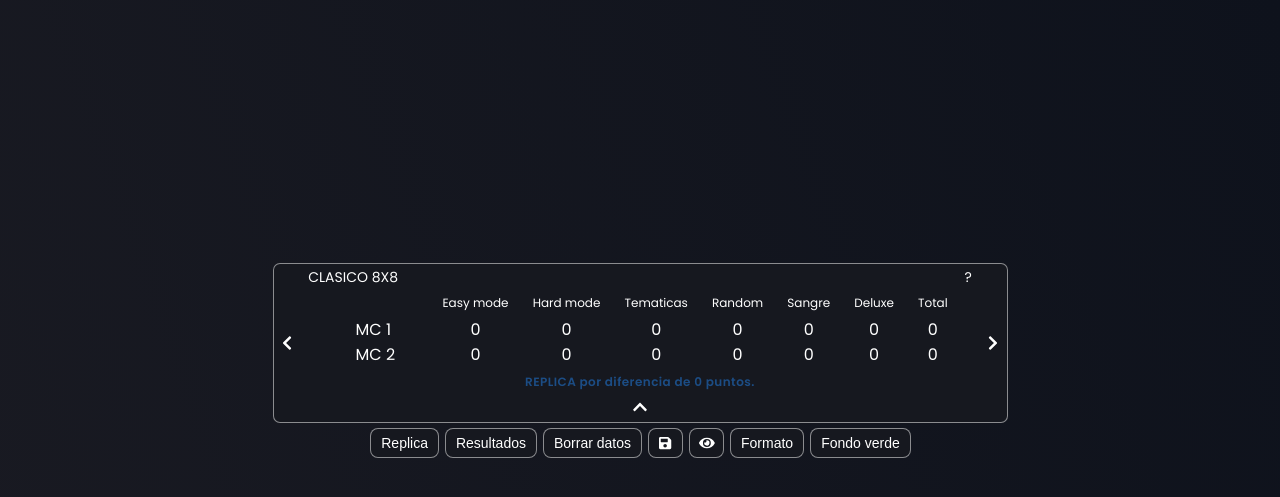
Repository: ezegonzalez912/fmsvotacion2
Page: /vote-window
An editor plug-in stored every save of this project. The page is shown before and after the next save, followed by the edit.
The browser window is 1280 px wide. The pictures show the whole page.
The page's requests for data from a server got no answer. The project was rebuilt for these pictures with package versions that can differ from the ones it lists, and the page was loaded fresh each time. No one was signed in, and anything a server would have sent is missing. Also part of the build but not shown: src/components/NavBar.js, src/components/Curve.js, src/components/screens/AboutScreen.js, src/components/Error.js, src/components/Apoya.js, src/components/screens/MainScreen.js, src/helpers/palabras.js, src/hooks/useWords.js and 24 more.

Above is the page before, as saved 2021-08-17 19:46:11.

### public/index.html
<!DOCTYPE html>
<html lang="en">
  <head>
    <meta charset="utf-8" />
    <link rel="icon" href="%PUBLIC_URL%/favicon.ico" />
    <meta name="viewport" content="width=device-width, initial-scale=1" />
    <meta name="theme-color" content="#000000" />
    <meta
      name="description"
      content="Vota batallas con formato FMS desde un solo lugar, de manera sencilla, sin la necesesidad de descargar nada.
              COMO VOTAR FMS ARGENTINA CHILE PERU MEXICO COLOMBIA INTERNACIONAL ESPAÑA BNET DESCARGAR COMO VOTAR FMS ONLINE WOS FINAL FMS INTERNACIONAL RED BULL DECIMALES
              2021 2018 FORMATO FMS"
    />
    <link rel="apple-touch-icon" href="%PUBLIC_URL%/logo192.png" />
    <!--
      manifest.json provides metadata used when your web app is installed on a
      user's mobile device or desktop. See https://developers.google.com/web/fundamentals/web-app-manifest/
    -->
    <link rel="manifest" href="%PUBLIC_URL%/manifest.json" />
    <link rel="preconnect" href="https://fonts.googleapis.com">
    <link rel="preconnect" href="https://fonts.gstatic.com" crossorigin>
    <link rel="stylesheet" href="https://cdnjs.cloudflare.com/ajax/libs/animate.css/4.1.1/animate.min.css" />
    <link href="https://fonts.googleapis.com/css2?family=Poppins:wght@100;200;300;400;500;600&display=swap" rel="stylesheet">
    <title>FMS Votación</title>
  </head>
  <body>
    <noscript>You need to enable JavaScript to run this app.</noscript>
    <div id="root"></div>
    <!--
      This HTML file is a template.
      If you open it directly in the browser, you will see an empty page.

      You can add webfonts, meta tags, or analytics to this file.
      The build step will place the bundled scripts into the <body> tag.

      To begin the development, run `npm start` or `yarn start`.
      To create a production bundle, use `npm run build` or `yarn build`.
    -->
  </body>
</html>

### src/styles/app.scss
@forward "./settings/main";
@forward "./components/menu";
@forward "./components/mode";
@forward  "./components/subtitles-mode";
@forward "./components/modal";
@forward "./components/navbar";
@forward "./components/screens";
@forward "./components/videoAndVote";
@forward "./components/searchVideo";
@forward "./components/error";
@forward "./components/votedSaveds";
@forward "./components/about";
@forward "./components/apoya";
@forward "./components/practice";
@forward "./settings/settings";

### src/styles/settings/_main.scss
@use "../settings/colors" as c;

body, html{
    background: c.$gradient-primary;
    margin: 0;
    height: auto;
    width: auto;
    box-sizing: border-box;
    font-family: 'Poppins', sans-serif;
}

*{
    margin: 0;
    padding: 0;
    box-sizing: border-box;
}

*::-webkit-scrollbar {
    width: 8px;     /* Tamaño del scroll en vertical */
    height: 8px;    /* Tamaño del scroll en horizontal */
}

*::-webkit-scrollbar-thumb {
    background: rgba(43, 42, 42, 0.267);
    border-radius: 4px;
    box-shadow: 0px 0px 6px rgba(0, 0, 0, 0.315);
}

*::-webkit-scrollbar-track {
    background: c.$dark-primary;
    box-shadow: 0px 0px 6px rgba(0, 0, 0, 0.158);
}

*{
    scroll-behavior: smooth;
}

@media (max-width:280px){
    body, html{
        background: c.$dark-primary;
    }
}

### src/styles/settings/_colors.scss
$primary: #1c4d85;
$secundary: #244463;
// $dark-primary: #1a1a1b;
// $dark-secundary: #242425;
$border: rgba(255, 255, 255, 0.5);
//$gradient-primary: linear-gradient(250.3deg, rgb(24, 24, 24), #242425);
$gradient-primary: linear-gradient(250.3deg, #0E121C, #191A22);
$dark-primary: #16181f;
$dark-secundary: #1d1f25;

### src/styles/settings/_mixins.scss
@use "../settings/colors" as c;

@mixin center($direction) {
    align-items: center;
    display: flex;
    flex-direction: $direction;
    justify-content: center;
}

@mixin input {
    border-style: none;
    outline: none;
    color: white;
    border-radius: 8px;
    font-size: 18px;
    font-weight: 600;
    text-align: center;
    width: 27px;
    height: 27px;
}

@mixin inputNormal {
    border-style: none;
    outline: none;
    cursor: pointer;
    border-radius: 8px;
    font-size: 14px;
    transition: .2s;
}

### src/styles/components/_mode.scss
@use "../settings/colors" as c;
@use "../settings/mixins" as m;

.mode__main{
    display: flex;
    justify-content: space-evenly;
    align-items: center;
    width: 100%;
    height: auto;
    box-sizing: border-box;
    p{
        width: 12%;
        margin: 0;
    }
}

.mode__name{
    @include m.inputNormal;
    cursor: text;
    padding: 3px 0;
    text-align: center;
    background-color: c.$dark-secundary;
    border: 1px solid c.$border;
    color: white;
    width: 17%;
    margin: 0;
    &:focus{
        border: 1px solid c.$primary;
    }
}

.mode__input{
    @include m.input;
    margin: 0 3px;
    background-color: c.$dark-secundary;
}

.mode__input2{
    @include m.input;
    margin: 0 3px 0 10px;
    background-color: c.$dark-secundary;
}

.mode__inputRes{
    @include m.center(column);
}

.mode__checkbox{
    height: 15px;
    margin: 3px 0 0 0;
    color: red;
}

.mode__total{
    @include m.input;
    background-color: c.$dark-secundary;
    color: white;
    margin-left: 10px;
    font-size: 13px;
    width: 35px;
}

.mode__res{
    @include m.center(row)
}

.mode__resultado{
    @include m.center(row);
    justify-content: space-evenly;
    width: 100%;
    p{
        margin: 0 0 5px 0;
    }
    div {
        @include m.center(column);
    }
}

.mode__resultado-subtitle{
    margin: 0;
    color: c.$primary;
    font-weight: 600;
    letter-spacing: .45px;
}

### src/styles/components/_subtitles-mode.scss
@mixin default($padding) {
    display:flex;
    justify-content: flex-end;
    width: 100%;
    text-align: right;
    padding-right: $padding;
    p{
        font-size: 10px;
        font-weight: 300;
        margin-top: 0;
        margin-bottom: 0;
    }
}

.subtitle_4{
    margin-left: 7px;
}
.subtitle_3{
    margin-left: 5px;
}
.subtitle_2{
    margin-left: 4px;
}

.menu__easy-subtitle{
    @include default(72px);
}

.menu__hard-subtitle{
    @include default(83px);
}

.menu__tematica-subtitle{
    @include default(104px);
}

.menu__random-subtitle{
    @include default(60px);
}

.menu__sangre-subtitle{
    @include default(82px);
}

.menu__deluxe-subtitle{
    @include default(22px);
}

### src/styles/components/_modal.scss
@use "../settings/colors" as c;
@use "../settings/mixins" as m;

.modal__main{
    display: none;
    top: 0;
    left: 0;
    position: fixed;
    height: 100%;
    width: 100%;
    background-color: rgba(16, 16, 22, 0.664);
    z-index: 999;
    text-align: center
}

.modal__main-open{
    @include m.center(column);
}

.modal__container{
    @include m.center(column);
    background-color: c.$dark-primary;
    border: 1px solid c.$border;
    border-radius: 8px;
    color: white;
    padding: 20px;
    width: 300px;
    p{
        margin: 0 10px 20px 10px;
    }
    label{
        font-size: 13px;
        display: flex;
        width: 100%;
        padding-left: 10px;
    }
}

@mixin button{
    @include m.inputNormal;
    padding: 8px;
    color: white;
    border: 1px solid c.$border;
    margin: 0 5px;
    background-color: c.$dark-secundary;
}

.modal__button{
    @include button;
    &:hover{
        background-color: c.$primary;
    }
}

.modal__input{
    @include m.inputNormal;
    border: 1px solid c.$border;
    background-color: c.$dark-primary;
    padding: 10px;
    color: white;
    width: 100%;
    margin-bottom: 10px;
    box-sizing: border-box;
    cursor: text;
    &:focus{
        border: 1px solid c.$primary;
    }
}

@media (max-width:300px){
    .modal__container{
        width: 95%;
    }
}

### src/styles/components/_navbar.scss
@use "../settings/colors" as c;
@use "../settings/mixins" as m;

.navBar__cotainer{
    @include m.center(row);
    position: absolute;
    top: 0;
    justify-content: space-between;
    box-sizing: border-box;
    padding: 10px 30px;
    height: 70px;
    width: 100%;
    min-width: 280px;
    box-sizing: border-box;
    z-index: 800;
    a{
        height: 100%;
        z-index: 900;
        img{
            z-index: 900;
            height: 100%;
        }
    }
    .navBar__text{
        a{
            font-size: 20px;
            text-decoration: none;
            color: white;
            padding: 5px 30px;
            transition: .2s;
            &:hover{
                color: c.$primary;
            }
        }
    }
}

.navBar__menu{
    display: none;
    justify-content: center;
    align-items: center;
    z-index: 500;
    height: 50px;
    width: 50px;
    border-radius: 50px;
    transition: .2s;
    &:hover{
      background: c.$primary;
    }
    svg{
        font-size: 35px;
        color: white;
        cursor: pointer;
    }
}

.navBar__menu-list{
    display: none;
    z-index: 400;
    background: c.$dark-secundary;
    box-shadow: 0px 0px 6px rgba(0, 0, 0, 0.315);
    position: absolute;
    top: 0;
    right: 0;
    flex-direction: column;
    box-sizing: border-box;
    width: 100%;
    justify-content: flex-start;
    align-items: center;
    padding-top: 70px;
    a{
        width: 100%;
        text-align: center;
        text-decoration: none;
        color: white;
        padding: 15px 0;
        border-bottom: 1px solid c.$dark-primary;
        transition: .2s;
        &:hover{
            background: c.$dark-primary;
        }
    }
}

@media (max-width:900px){
    .navBar__menu{
        display: flex;
    }
    .navBar__menu-list{
        display: flex;
    }
    .navBar__text{
        display: none;
    }
    .navBar__cotainer{
        padding: 10px 20px;
    }
}
@media (max-width:700px){
    .navBar__cotainer{
        padding: 10px 15px;
    }
}
@media (max-width:600px){
    .navBar__cotainer{
        padding: 10px 10px;
    }
}
@media (max-width:500px){
    .navBar__cotainer{
        padding: 10px 5px;
    }
}

### src/styles/components/_screens.scss
@use "../settings/colors" as c;
@use "../settings/mixins" as m;

.screen__main{
    box-sizing: border-box;
    min-height: 600px;
    min-width: 280px;
    height: 100vh;
    width: 100%;
}

.screen__vote{
    margin-top: 70px;
    width: 100%;
    display: flex;
    justify-content:center;
    align-items: center;
    height: 100vh;
    min-height: 400px;
    min-width: 280px;
}

.vote-window__screen{
    @include m.center(column);
    height: 100vh;
    width: 100%;
}

.about__screen{
    position: relative;
    width: 100%;
    min-height: 100vh;
    height: auto;
    min-width: 280px;
}

.vote-saved__screen{
    min-width: 280px;
    height: auto;
    width: 100%;
    padding-top: 100px;
    padding-bottom: 130px;
    box-sizing: border-box;
    min-height: 100vh;
    @include m.center(column);
    justify-content: flex-start;
    gap: 50px;
    position: relative;
}

.screen__practice{
    @include m.center(column);
    box-sizing: border-box;
    min-height: 100vh;
    min-width: 280px;
    padding-top: 80px;
    padding-bottom: 130px;
    height: auto;
    width: 100%;
    position: relative;
    z-index: 500;
}

### src/styles/components/_videoAndVote.scss
@use "../settings/colors" as c;
@use "../settings/mixins" as m;

.videoAndVote__main{
    width: 100%;
    height: 100vh;
    display: flex;
    flex-direction: column;
    justify-content: center;
    align-items: center;
    gap: 5px;
    padding: 5px;
}

.video-player{
    width: 100%;
    height: 100%;
    iframe{
        border-radius: 8px;
    }
}

@media (max-width: 738px){
    .videoAndVote__main{
        padding: 0;
    }
    .video-player{
        iframe{
            border-radius: 0;
        }
    }
    .vote-app__scroll{
        box-sizing: border-box;
        width: 100%;
        overflow-x: scroll;
        overflow-y: hidden;
        min-height: 195px;
        display: flex;
        align-items: flex-start;
        padding: 0 5px;
    }
}

### src/styles/components/_searchVideo.scss
@use "../settings/colors" as c;
@use "../settings/mixins" as m;

.searchVideo__main{
    position: relative;
    @include m.center(column);
    height: 100%;
}

.searchVideo__title{
    @include m.center(column);
    color: white;
    p{
        color: c.$primary;
        font-size: 20px;
        letter-spacing: 0.45em;
    }
    h2{
        letter-spacing: 0.010em;
        font-size: 40px;
        font-weight: 600;
        text-align: center;
        line-height: 110%;
        margin-bottom: 10px;
    }
}

.searchVideo__form{
    display: none;
    border-radius: 20px;
    z-index: 200;
    @include m.center(row);
    box-shadow: 0px 0px 6px rgba(0, 0, 0, 0.315);
    input{
        @include m.inputNormal;
        border-radius: 20px 0 0 20px;
        width: 450px;
        padding: 0 10px;
        height: 40px;
        color: c.$dark-secundary;
        cursor: text;
        background: c.$primary;
        &::placeholder{
            letter-spacing: 0.6px;
            color: c.$dark-secundary;
            font-size: 15px;
        }
    }
    button{
        @include m.inputNormal;
        @include m.center(row);
        background: c.$primary;
        border-left: 1px solid c.$dark-secundary;
        border-radius: 0 20px 20px 0;
        padding: 0 15px;
        height: 40px;
        color: c.$dark-secundary;
        &:hover{
            background: c.$secundary;
        }
    }
}

.searchVideo____ventana{
    @include m.center(row);
    cursor: pointer;
    color: c.$secundary;
    transition: .2s;
    z-index: 999;
    p{
        margin-top: 5px;
        text-decoration: underline;
        font-size: 13px;
    }
    svg{
        font-size: 8px;
        margin-left: 2px;
    }
    &:hover{
        color: c.$primary;
    }
}

.curve{
    position: absolute;
    bottom: 0;
    z-index: 100;
    width: 100%;
    svg{
        path{
            fill: c.$primary;
        }
    }
}

@media (max-width:800px){
    .searchVideo__title{
        h2{
            font-size: 32px;
            line-height: 45px;
        }
        p{
            font-size: 17px;
        }
    }
    .searchVideo____ventana{
        display: none;
    }
}

@media (max-width:600px){
    .searchVideo__main{
        padding:0 30px;
    }
    .searchVideo__form{
        width: 100%;
        input{
            width: 100%;
        }
    }
}

@media (max-width:500px){
    .searchVideo__title{
        h2{
            font-size: 25px;
            line-height: 120%;
            margin-bottom: 5px;
        }
        p{
            font-size: 15px;
        }
    }
}
@media (max-width:400px){
    .searchVideo__title{
        h2{
            font-size: 20px;
            margin-bottom: 5px;
        }
        p{
            font-size: 13px;
        }
    }
    .searchVideo__main{
        padding: 0 15px;
    }
}
@media (max-width:300px){
    .searchVideo__main{
        padding:0 5px;
    }
    .searchVideo__title{
        h2{
            font-size: 17px;
            margin: 3px 0 15px 0;
        }
        p{
            font-size: 11px;
        }
    }
}

### src/styles/components/_error.scss
@use "../settings/colors" as c;
@use "../settings/mixins" as m;

.searchVideo__ventana{
    @include m.center(row);
    width: 100%;
    z-index: 999 !important;
}

.searchVideo__practice{
    @include m.center(row);
    width: 100%;
    height: 100%;
    position: relative;
    top: -70px;
    z-index: 999 !important;
}

.error__container{
    z-index: 999 !important;
    @include m.center(row);
    position: absolute;
    width: 390px;
    padding: 5px 10px 10px 10px;
    top: 2vh;
    background: white;
    border-radius: 20px;
    box-shadow: 3px 3px 6px rgba(0, 0, 0, 0.315);
    svg{
        color: rgb(214, 97, 76);
        font-size: 60px;
        margin-right: 10px;
    }
    h2{
        color: c.$primary;
        font-size: 20px;
    }
    p{
        font-size: 14px;
    }
}

@media (max-width:800px){
    .error__container{
        width: 340px;
        padding: 5px 8px 8px 8px;
        svg{
            font-size: 60px;
            margin-right: 10px;
        }
        h2{
            font-size: 16px;
        }
        p{
            font-size: 12px;
        }
    }
}

@media (max-width:390px){
    .error__container{
        width: 90%;
        svg{
            font-size: 50px;
            margin-right: 5px;
        }
        h2{
            font-size: 14px;
        }
        p{
            font-size: 11.5px;
        }
    }
}

### src/styles/components/_about.scss
@use "../settings/colors" as c;
@use "../settings/mixins" as m;

.about__main{
    @include m.center(column);
    align-items: flex-start;
    width: 100%;
    height: 100%;
    padding: 100px;
    padding-bottom: 150px;
    box-sizing: border-box;
    h1{
        color: white;
    }
}

.about__title{
    margin-bottom: 10px;
    h2{
        letter-spacing: 0.010em;
        font-size: 40px;
        font-weight: 600;
        text-align: center;
        line-height: 90%;
        color: white;
    }
    p{
        color: c.$primary;
        font-size: 20px;
        letter-spacing: 0.45em;
        font-weight: 500;
    }
}

.about__info{
    color: white;
    margin-bottom: 20px;
    max-width: 800px;
    h1{
        font-size: 18px;
        font-weight: 500;
    }
    p{
        font-size: 14px;
        font-weight: 300;
        a{
            color: c.$primary;
            &hover{
                color: c.$secundary;
            }
        }
    }
}

@media (max-width:700px){
    .about__main{
        padding-right: 40px;
        padding-left: 40px;
    }
    .about__title{
        h2{
            font-size: 30px;
        }
        p{
            font-size: 17px;
        }
    }
    .about__info{
        h1{
            font-size: 15px;
        }
        p{
            font-size: 13px;
        }
    }
}

@media (max-width:500px){
    .about__main{
        padding-right: 15px;
        padding-left: 15px;
    }
    .about__title{
        h2{
            font-size: 28px;
        }
        p{
            font-size: 15px;
        }
    }
    .about__info{
        h1{
            font-size: 13px;
        }
        p{
            font-size: 11px;
        }
    }
}
@media (max-width:400px){
    .about__main{
        padding-right: 10px;
        padding-left: 10px;
    }
    .about__title{
        h2{
            font-size: 24px;
        }
    }
}

### src/styles/components/_apoya.scss
@use "../settings/colors" as c;
@use "../settings/mixins" as m;

.apoya__main{
    position: absolute;
    background-color: c.$dark-secundary;
    border: 1px solid c.$border;
    border-radius: 8px;
    width: 285px;
    padding: 5px;
    bottom: 10px;
    right: 10px;
    box-shadow: 1px 1px 6px rgba(0, 0, 0, 0.315);
    h1{
        font-size: 14px;
        font-weight: 500;
        color: c.$primary;
    }
    p{
        font-size: 13px;
        padding-right: 10px;
        font-weight: 300;
        color: c.$dark-primary;
        color: white;
        span{
            color: c.$primary;
            text-decoration: underline;
            cursor: pointer;
            &:hover{
                color: c.$secundary;
            }
        }
    }
    z-index: 900;
}

.apoya__title{
    @include m.center(row);
    justify-content: space-between;
    svg{
        cursor: pointer;
        color: white;
        font-size: 15px;
    }
}

### src/styles/settings/_settings.scss
@use "../settings/colors" as c;
@use "../settings/mixins" as m;

.opacity-0{
    opacity: 0;
}

.dsp-none{
    display: none;
}

.pd-0{
    padding: 0;
}

.cursor-p{
    cursor: pointer;
}

.color-primary{
    color: c.$primary;
}

.f-w800{
    font-weight: 800;
}

.title-ppl{
    letter-spacing: 0.010em;
    font-size: 40px;
    font-weight: 600;
    text-align: center;
    line-height: 90%;
    color: white;
    z-index: 500;
}

.title-scy{
    text-align: center;
    color: c.$primary;
    font-size: 20px;
    letter-spacing: 0.45em;
    font-weight: 500;
    z-index: 400 !important;
}

.input-search{
    @include m.inputNormal;
    border-radius: 20px 0 0 20px;
    width: 450px;
    padding: 0 10px;
    height: 40px;
    color: c.$dark-secundary;
    cursor: text;
    background: c.$primary;
    &::placeholder{
        letter-spacing: 0.6px;
        color: c.$dark-secundary;
        font-size: 15px;
    }
}
.input-search-button{
    @include m.inputNormal;
    @include m.center(row);
    background: c.$primary;
    border-left: 1px solid c.$dark-secundary;
    border-radius: 0 20px 20px 0;
    padding: 0 15px;
    height: 40px;
    color: c.$dark-secundary;
    &:hover{
        background: c.$secundary;
    }
}

.dsp-flex{
    display: flex;
}

.form{
    @include m.center(row);
    width: 100%;
}

.select-none{
    -webkit-touch-callout: none; /* iOS Safari */
    -webkit-user-select: none; /* Safari */
    -khtml-user-select: none; /* Konqueror HTML */
    -moz-user-select: none; /* Old versions of Firefox */
    -ms-user-select: none; /* Internet Explorer/Edge */
    user-select: none;
}

@media (max-width:800px){
    .title-ppl{
        font-size: 30px
    }
    .title-scy{
        font-size: 15px;
    }
}
@media (max-width:600px){
    .input-search{
        width: 350px;
    }
}
@media (max-width:500px){
    .input-search{
        width: 100%;
    }
    .form{
        padding: 0 20px;
    }
}

### src/components/Votacion/menuVotacion/ModeVotacion.js
import React from 'react'
import { ReplicaMode } from './ReplicaMode';
import { EasyModeMenu } from './EasyModeMenu';
import { HardModeMenu } from './HardModeMenu';
import { FirstTematicaMenu } from './FirstTematicaMenu';
import { SecondTematicaMenu } from './SecondTematicaMenu';
import { RandomModeMenu } from './RandomModeMenu';
import { FirstSangreMenu } from './FirstSangreMenu';
import { SecondSangreMenu } from './SecondSangreMenu';
import { DeluxeModeMenu } from './DeluxeModeMenu';
import { PersonajesModeMenu } from './PersonajesModeMenu';
import { Resultados } from './Resultados';
import { IncrementalMenu } from './IncrementalMenu';
import { Clasico8x8Menu } from './Clasico8x8Menu';

export const ModeVotacion = ({showTotal, invertir, mode}) => {
    return (
        <>
            {
                mode === "INCREMENTAL" ? <IncrementalMenu showTotal={showTotal}/>
                : mode === "CLASICO 8x8" ? <Clasico8x8Menu showTotal={showTotal} />
                : mode === "EASY MODE" ? <EasyModeMenu showTotal={showTotal}/>
                : mode === "HARD MODE" ? <HardModeMenu showTotal={showTotal}/>
                : mode === "PRIMER TEMATICA" ? <FirstTematicaMenu showTotal={showTotal}/>
                : mode === "SEGUNDA TEMATICA" ? <SecondTematicaMenu showTotal={showTotal}/>
                : mode === "PERSONAJES CONTRAPUESTOS" ? <PersonajesModeMenu showTotal={showTotal}/>
                : mode === "RANDOM MODE" ? <RandomModeMenu showTotal={showTotal}/>
                : mode === "PRIMER MINUTO SANGRE" ? <FirstSangreMenu showTotal={showTotal}/>
                : mode === "SEGUNDO MINUTO SANGRE" ? <SecondSangreMenu showTotal={showTotal}/>
                : mode === "RONDA DELUXE" ? <DeluxeModeMenu showTotal={showTotal}/>
                : mode === "REPLICA" ? <ReplicaMode invertir={invertir} showTotal={showTotal}/>
                : <Resultados />
            }
        </>
    )
}

Loaded but not shown: src/components/Votacion/menuVotacion/MenuVotacion.js (97 lines, source omitted); src/components/Contexts/DataContext.js (105 lines, source omitted); src/components/Votacion/menuVotacion/Resultados.js (71 lines, source omitted); src/hooks/useMode.js (63 lines, source omitted); src/hooks/useVote.js (60 lines, source omitted); src/components/Votacion/menuVotacion/RandomMode.js (24 lines, source omitted); src/hooks/useTotal.js (26 lines, source omitted); src/components/Modal/ModalSave.js (44 lines, source omitted); src/routers/AppRouter.js (33 lines, source omitted); src/components/Modal/ModalFormato.js (42 lines, source omitted); src/components/Votacion/menuVotacion/Clasico8x8Menu.js (22 lines, source omitted); src/components/Contexts/TotalContext.js (36 lines, source omitted); src/hooks/useSave.js (28 lines, source omitted); src/index.js (24 lines, source omitted); src/helpers/resultadoText.js (22 lines, source omitted); src/hooks/useLocalStorage.js (26 lines, source omitted); src/components/VotacionApp.js (20 lines, source omitted); src/helpers/totalData.js (9 lines, source omitted); src/helpers/valueCheck.js (15 lines, source omitted); src/components/Modal/ModalDefault.js (23 lines, source omitted); src/components/Contexts/FormatoContext.js (28 lines, source omitted); src/components/Contexts/CompContext.js (27 lines, source omitted); src/components/screens/VoteVentana.js (17 lines, source omitted); src/helpers/dataCorrect.js (29 lines, source omitted); src/components/Contexts/StartContext.js (22 lines, source omitted); src/hooks/useReplica.js (17 lines, source omitted); src/hooks/useForm.js (15 lines, source omitted); src/components/Modal/Modal.js (10 lines, source omitted); src/helpers/date.js (8 lines, source omitted); src/hooks/useModal.js (9 lines, source omitted); src/helpers/valueCheck2.js (7 lines, source omitted); src/App.js (8 lines, source omitted); src/styles/components/_votedSaveds.scss (245 lines, source omitted); src/styles/components/_menu.scss (183 lines, source omitted); src/styles/components/_practice.scss (165 lines, source omitted)

After the next save:
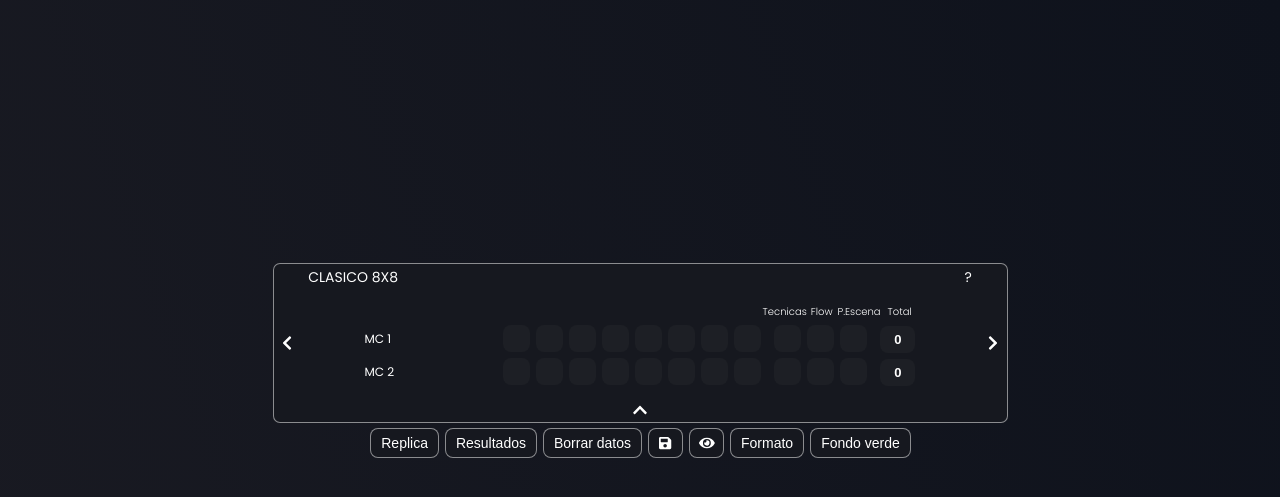
Saved 7 s later.
--- a/src/components/Votacion/menuVotacion/ModeVotacion.js
+++ b/src/components/Votacion/menuVotacion/ModeVotacion.js
@@ -18,7 +18,7 @@
         <>
             {
                 mode === "INCREMENTAL" ? <IncrementalMenu showTotal={showTotal}/>
-                : mode === "CLASICO 8x8" ? <Clasico8x8Menu showTotal={showTotal} />
+                : mode === "CLASICO 8X8" ? <Clasico8x8Menu showTotal={showTotal} />
                 : mode === "EASY MODE" ? <EasyModeMenu showTotal={showTotal}/>
                 : mode === "HARD MODE" ? <HardModeMenu showTotal={showTotal}/>
                 : mode === "PRIMER TEMATICA" ? <FirstTematicaMenu showTotal={showTotal}/>
